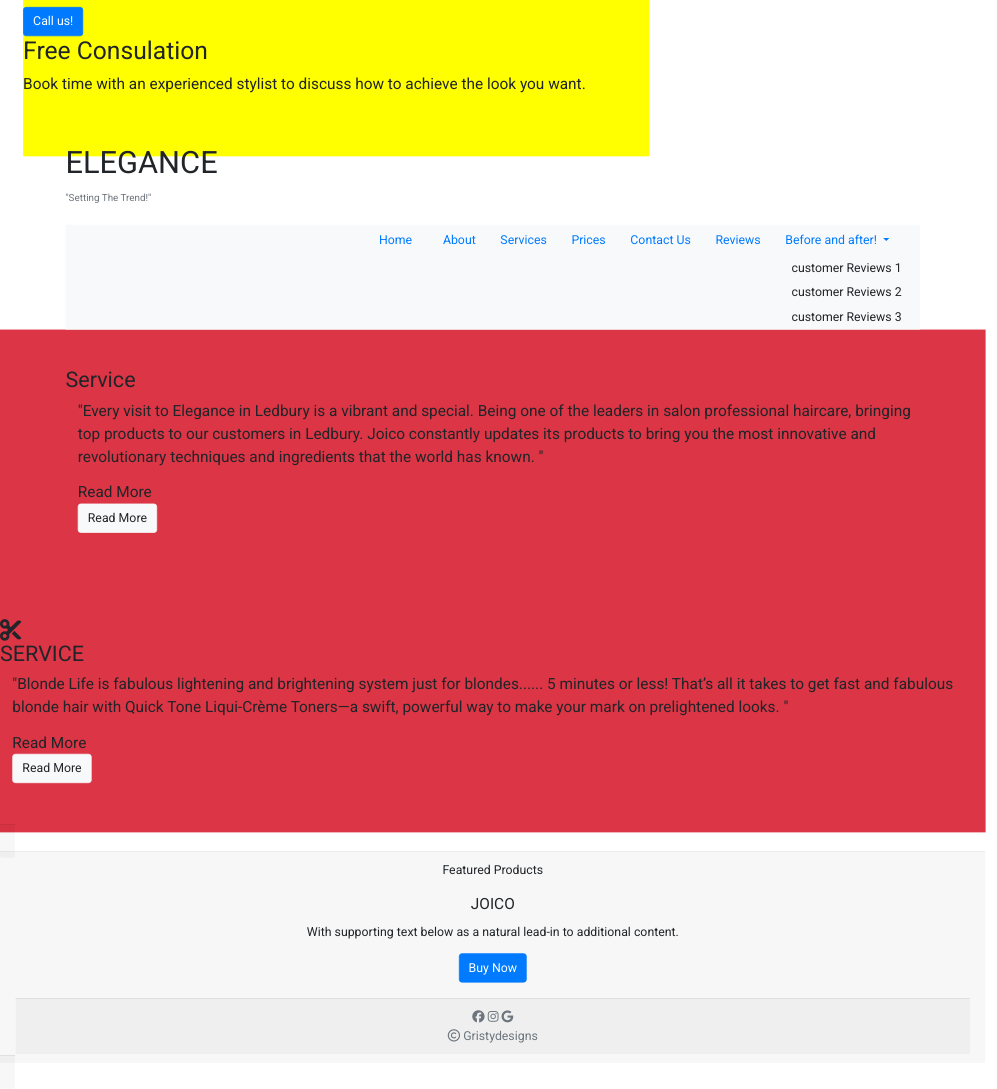
Repository: Gristydesigns/elegance-salon
Page: index.html
The author's editor kept a record of every edit. The page is drawn from the files as they stood at one moment, then again after the next edit.
The browser window is 1280 px wide. The page is 1295 px wide, so the pictures cover 1295 px, including what lies to the right of the window. The pictures show the whole page, at 77% of full size.
Backgrounds fixed to the window are drawn as part of the page. Some web libraries are served in a nearby version.

Above is the page before.
Console error: TypeError: Cannot read properties of undefined (reading 'fn')

### index.html
<!DOCTYPE html>
<html lang="en">
<!--Head------------------------->

<head>
    <meta charset="UTF-8">
    <meta name="viewport" content="width=device-width, initial-scale=1.0">
    <meta http-equiv="X-UA-Compatible" content="ie=edge">
    <link rel="stylesheet" href="https://stackpath.bootstrapcdn.com/bootstrap/4.3.1/css/bootstrap.min.css" integrity="sha384-ggOyR0iXCbMQv3Xipma34MD+dH/1fQ784/j6cY/iJTQUOhcWr7x9JvoRxT2MZw1T" crossorigin="anonymous">
    <script src="https://stackpath.bootstrapcdn.com/bootstrap/4.3.1/js/bootstrap.min.js" integrity="sha384-JjSmVgyd0p3pXB1rRibZUAYoIIy6OrQ6VrjIEaFf/nJGzIxFDsf4x0xIM+B07jRM" crossorigin="anonymous"></script>
    <link href="https://fonts.googleapis.com/css?family=Roboto:400,700&display=swap" rel="stylesheet">
    <script src="https://kit.fontawesome.com/d13d47f9ca.js"></script>
    <link rel="stylesheet" href="assets/css/style.css" type="text/css" />
    <title>Elegance Hair Salon Ledbury</title>
</head>
<!--End------------------------->

<body>
    <header>
        <!--callout--------------->
        <section class="call-to-action">
            <div class="container-fluid no-gutters">
                <div class="row ml-auto">
                    <div class="col-md-4 col-md-8">
                      <div class="jumbotron jumbotron-fluid text-left"><button class="btn-spinner-grow btn-spinner-grow-sm btn btn-primary btn-md">Call us!<href="#" role="button"></button>
                            <h2 class="display-5">Free Consulation</h2>
                            <p class="lead">Book time with an experienced stylist to discuss how to achieve the look you want.</p>
                        </div>
                    </div>
                </div>
            </div>
        </section>
        <!--End------------------------->
        <!--logo-------------->
        <section class="logo">
            <div class="container logo">
                <div class="row">
                    <div class=" col-md-12 col-md-6 my-2 ">
                        <h1>ELEGANCE</h1>
                        <p class="text-muted"><small>"Setting The Trend!"</small></p>
                    </div>
                </div>
            </div>
            </div>
            <!--End------------------------->
            <!--Nav Bar--------------------->
            <div class="container nav-container">
                <div class="row">
                    <div class="col-12 ">
                        <div class="nav navbar-light bg-light navbar-expand-sm nav-position left>
                             <a href=" # "class="navbar-salon "></a>
                               <button class="navbar-toggler ml-auto " type="button " data-toggle="collapse " data-target="#navbarNavDropdown " aria-controls="navbarNavDropdown " aria-expanded="false " aria-label="Toggle navigation ">
                                <span class="navbar-toggler-icon "></span></button>
                                 <div class="collapse navbar-collapse " id="navbarNavDropdown ">

                                 <ul class="nav nav-pills ml-auto ">
                                  <li class="active nav-item mr-2 "><a class="nav-link Home " href="# ">Home</a>
                                  <li class="nav-item "><a class="nav-link About " href="# ">About</a>
                                  <li class="nav-item "><a class="nav-link Services " href="# ">Services</a>
                                  <li class="nav-item "><a class="nav-link Prices " href="# ">Prices</a>
                                  <li class="nav-item "><a class="nav-link Contact us " href="# ">Contact Us</a>
                                  <li class="nav-item "><a class="nav-link Reviews " href="# ">Reviews</a>
                                  <li class="nav-item dropdown ">
                                   <a class="nav-link dropdown-toggle " href="# " id="navbarDropdownMenuLink " role="button " data-toggle "dropdown " aria-haspopup="true " aria-expand="false ">
                                    Before and after!
                                   </a>
                                    <div class="dropdown menu " aria-labelledby="navbarDropdownmenuLink ">
                                    <a class="dropdown-item " href="# ">customer Reviews 1</a>
                                    <a class="dropdown-item " href="# ">customer Reviews 2</a>
                                    <a class="dropdown-item " href="# ">customer Reviews 3</a>
                                </ul>
                               </div>
                             </div>
                            </div>
                          </div>
                        </div>
                     </div>
        </section>
     </header>
<!--End------------------------------>
<!--feature space---------------------->
 <section class="headliners ">
  <div class="container headliners-container ">
  <!--feature article 1---------------------->
    <div class="row ">
     <div class="col-12 my-5 ">
      <h3 class="text-upperclass ">Service</h3>
       <div class="media ">
         <img scr="img_7316.jpg " class="rounded-circle mr-3 height=100 width=100 ">
            <div class="media-body ">
             <blockquote class="blockquote ">
            <p>"Every visit to Elegance in Ledbury is a vibrant and special. Being one of the leaders in salon professional haircare, bringing top products to our customers in Ledbury. Joico constantly updates its products to bring you the most innovative
                            and revolutionary techniques and ingredients that the world has known. "</p>Read More</a>
             <p><a class="btn btn-md btn-light " href="https://elegance-hair-salon-hair-salon.business.site/ ">Read More</a></p>
             </blockquote>
             </div>
           </div>
         </div>
       </div>
     </div>
    </div>
 <!--feature article 2---------------------->
 <div class="row ">
   <div class="col-12 my-5 ">
     <h3 class="text-uppercase "><i class="fas fa-cut d-none d-sm-block "></i>Service</h3>
       <div class="media ">
         <img scr="img_7316.jpg " class="rounded-circle mr-3 height=100 width=100 ">
          <div class="media-body ">
           <blockquote class="blockquote ">
            <p> "Blonde Life is fabulous lightening and brightening system just for blondes...... 5 minutes or less! That’s all it takes to get fast and fabulous blonde hair with Quick Tone Liqui-Crème Toners—a swift, powerful way to make your mark
                            on prelightened looks. "</p><a>Read More</a>
            <p><a class="btn btn-md btn-light " href="https://elegance-hair-salon-hair-salon.business.site/ ">Read More</a></p>
           </blockquote>
          </div>
         </div>
        </div>
      </div>
   </div>
  </section>
  <!--End------------------------->
   <!--footer---------------------->
  <footer>
    <continer class="container card-footer text-center ">
      <section class="card-footer ">
        Featured Products
    </div>
        <div class="card-body ">
         <h5 class="card-title ">JOICO</h5>
          <p class="card-text ">With supporting text below as a natural lead-in to additional content.</p>
           <a href="https://my-salon.shop/?salonname=Elegance&salonlocation=Ledbury " class="btn btn-primary ">Buy Now</a>
        </div>
      <div class="card-footer text-muted ">
        <div class "row ">
          <div class="col-12 ">
            <i class="fab fa-facebook "></i>
            <i class="fab fa-instagram "></i>
            <i class="fab fa-google "></i>
          </div>
        </div>
        <div class "row ">
          <div class="col-12 ">
            <i class="far fa-copyright " 2019 Gristydesigns ">
                            </i>
                            Gristydesigns
                        </div>
                    </div>
                </div>
            </div>
            </div>
            </footer>
            </article>
            <script src="https://stackpath.bootstrapcdn.com/bootstrap/4.3.1/js/bootstrap.min.js" integrity="sha384-JjSmVgyd0p3pXB1rRibZUAYoIIy6OrQ6VrjIEaFf/nJGzIxFDsf4x0xIM+B07jRM" crossorigin="anonymous"></script>
            <script src="https://code.jquery.com/jquery-3.3.1.slim.min.js" integrity="sha384-q8i/X+965DzO0rT7abK41JStQIAqVgRVzpbzo5smXKp4YfRvH+8abtTE1Pi6jizo" crossorigin="anonymous"></script>
            <script src="https://cdnjs.cloudflare.com/ajax/libs/popper.js/1.14.7/umd/popper.min.js" integrity="sha384-UO2eT0CpHqdSJQ6hJty5KVphtPhzWj9WO1clHTMGa3JDZwrnQq4sF86dIHNDz0W1" crossorigin="anonymous"></script>
</body>

</html>
<!--End------------------------->

### assets/css/style.css
@import url('https://fonts.googleapis.com/css?family=Roboto&display=swap 100,200,300,400,500,600,700|Exo 100,200,300,400,500,600,700');
/*---------------------------------colors */

body {
   font-family: 'Roboto', sans-serif;


}

/*---------------------------------header */
.headliners {
    background-color: #dc3545;
    }

/*---------------------------------Call to action */
.call-to-action {
  height:25vh;
   background: url ("./image/img_7316.jpg") no-repeat center center fixed;
  -webkit-background-size: cover;
  -moz-background-size: cover;
  -o-background-size: cover;
  background-size: cover;
  transition: all .5s ease-in-out;
  -moz-transition: all .5s ease-in-out;
  -webkit-transition: all .5s ease-in-out;
  display: flex;
  align-items:center;
  justify-content: center;
  }


/*---------------------------------Logo */
.logo {

}
/*---------------------------------nav-container */
.nav-container {
    color:#3F43344;

}
/*---------------------------------headliners-container */
.headliners-container {

}
.jumbotron {
    background-color: yellow;
}
.jumbotron-header {
    color: blue;
    font-size:; 40%;
    font-weight:bold;
    color:red;
    margin-top: o;
    margin-bottom: 30px;
}
/*---------------------------------Footer */
.card-footer {

}

After the next edit:
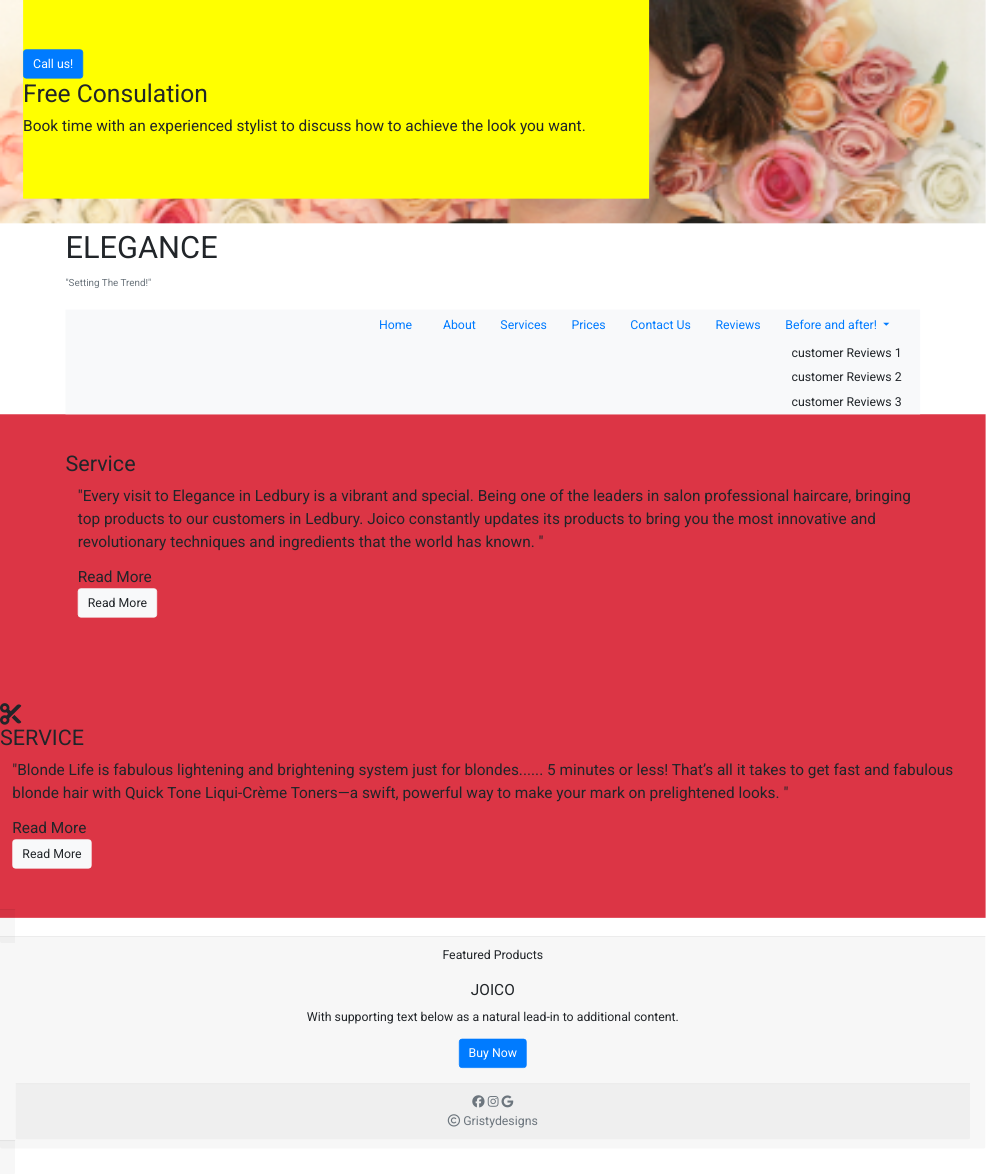
The edit:
--- a/assets/css/style.css
+++ b/assets/css/style.css
@@ -14,8 +14,8 @@
 
 /*---------------------------------Call to action */
 .call-to-action {
-  height:25vh;
-   background: url ("./image/img_7316.jpg") no-repeat center center fixed;
+
+   background: url("assets/image/img_7316.jpg") no-repeat center center fixed;
   -webkit-background-size: cover;
   -moz-background-size: cover;
   -o-background-size: cover;
